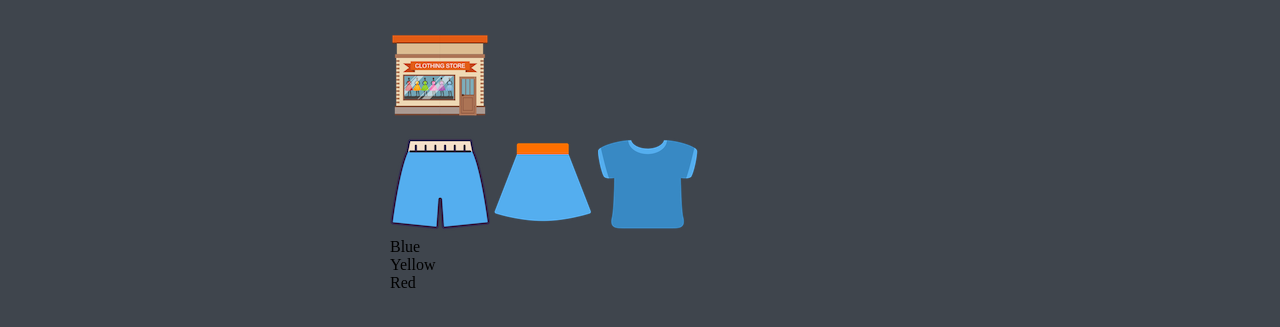
Repository: Jay-JYKim91/elle-shopping-mall
Page: index.html
An editor plug-in stored every save of this project. The page is shown before and after a run of saves, followed by the edit.
The browser window is 1280 px wide. The pictures show the whole page.

Above is the page before, as saved 2021-07-26 19:25:29.

### index.html
<!DOCTYPE html>
<html lang="en">
  <head>
    <meta charset="UTF-8" />
    <meta name="viewport" content="width=device-width, initial-scale=1.0" />
    <title>Online Shopping</title>
    <link rel="stylesheet" href="style.css" />
    <script src="src/main.js" defer></script>
  </head>
  <body>
    <div class="container">
      <div class="logo">
        <img src="./img/logo.png" alt="logo">
      </div>
      <div class="options">
        <img src="./img/blue_p.png" alt="">
        <img src="./img/blue_s.png" alt="">
        <img src="./img/blue_t.png" alt="">
        <div class="color-box blue">Blue</div>
        <div class="color-box yellow">Yellow</div>
        <div class="color-box red">Red</div>
      </div>
      <div class="lists">

      </div>
    </div>
  </body>
</html>

### style.css
:root {
  /* color */
  --color-black: #3f454d;
  --color-white: #ffffff;
  --color-blue: #3b88c3;
  --color-yellow: #fbbe28;
  --color-pink: #fd7f84;
  --color-light-grey: #dfdfdf;
}

* {
  box-sizing: border-box;
}
body {
  background-color: var(--color-black);
}
.container {
  width: 500px;
  height: 80%;
  margin: 30px auto;
}

Loaded but not shown: src/main.js (no copy from this time; the picture is the same without it)

After the next 2 saves:
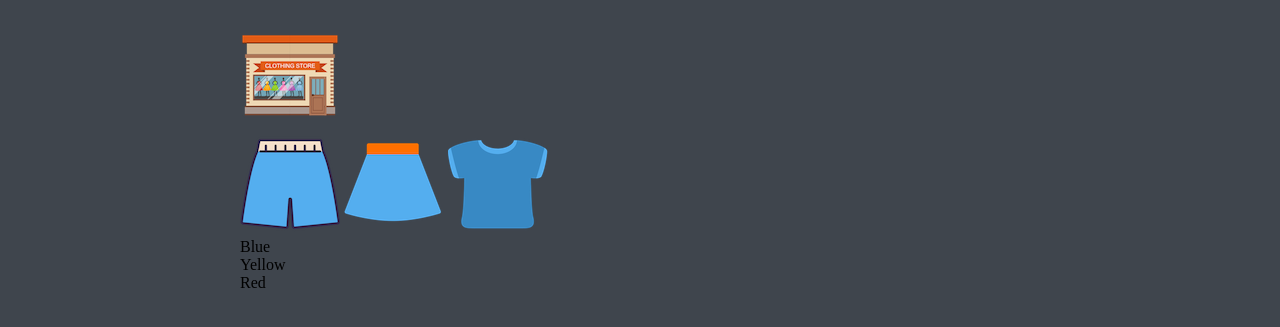
The 2 saves are shown as one change because they came seconds apart.
The last was saved 14 s later.
--- a/style.css
+++ b/style.css
@@ -15,7 +15,7 @@ body {
   background-color: var(--color-black);
 }
 .container {
-  width: 500px;
+  width: 800px;
   height: 80%;
   margin: 30px auto;
 }
